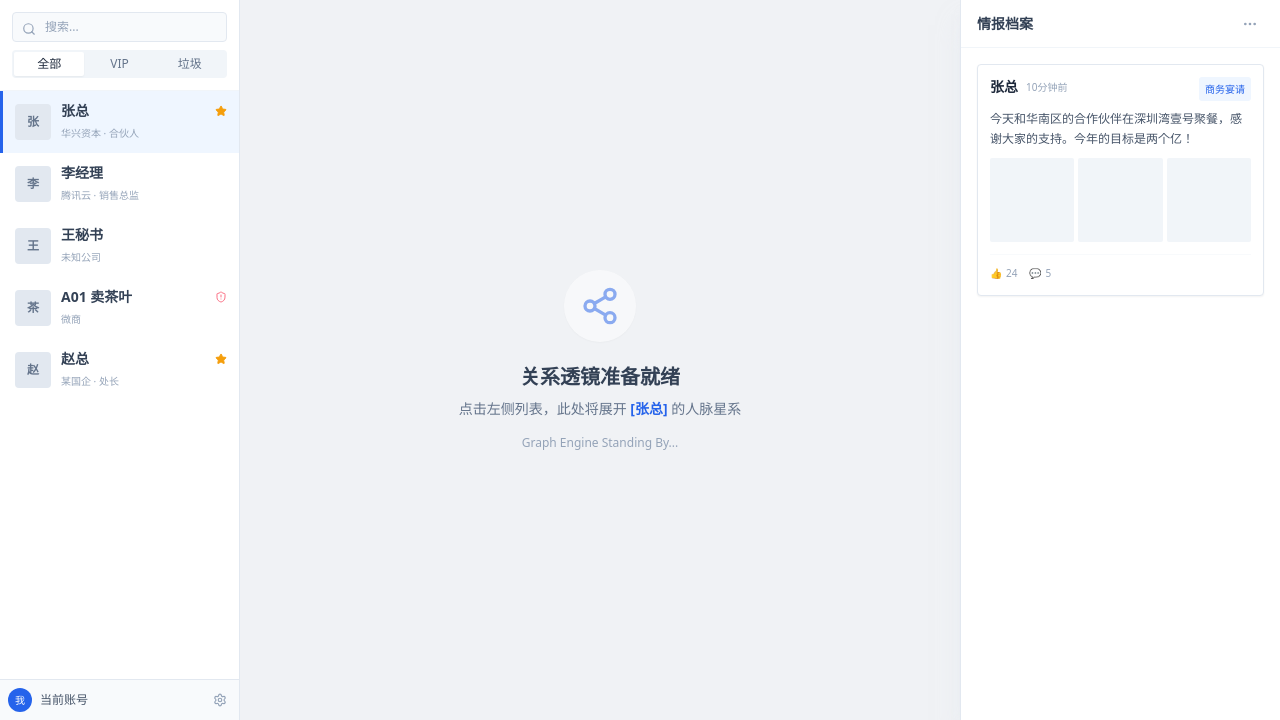
Repository: j76m8bhfny-a11y/wechatGalaxy
Page: / (app in client-radar/)
These files come from the project's save history. The page is drawn as it stood at one moment and after the next save; the edit follows.
The browser window is 1280 px wide. The pictures show the whole page.
The project was rebuilt for these pictures with package versions that can differ from the ones it lists, and the page was loaded fresh each time. Also part of the build but not shown: client-radar/vite.config.ts.

Above is the page before, as saved 2025-12-18 18:20:16.

### client-radar/src/main.ts
import { createApp } from "vue";
import App from "./App.vue";

// 👇 关键：必须引入这个 CSS 文件！
// 如果你的 CSS 文件在 src/assets/main.css，就写 import "./assets/main.css";
import "./style.css";

createApp(App).mount("#app");

### client-radar/src/App.vue
<script setup lang="ts">
import Sidebar from "./components/Sidebar.vue";
import { MoreHorizontal, Share2 } from "lucide-vue-next";
</script>

<template>
  <div class="flex h-screen w-screen overflow-hidden bg-[#F3F3F3] text-slate-800 font-sans text-sm">

    <Sidebar class="shrink-0" />

    <main class="flex-1 flex flex-col relative overflow-hidden bg-[#F0F2F5]">

      <div class="absolute inset-0 flex items-center justify-center">
        <div class="text-center p-8">
          <div class="inline-block p-4 rounded-full bg-white shadow-sm text-blue-600 mb-4 animate-pulse">
            <Share2 class="h-10 w-10" />
          </div>
          <h2 class="text-xl font-bold text-slate-700">关系透镜准备就绪</h2>
          <p class="text-slate-500 mt-2">点击左侧列表，此处将展开 <span class="font-bold text-blue-600">[张总]</span> 的人脉星系</p>
          <p class="text-xs text-slate-400 mt-4">Graph Engine Standing By...</p>
        </div>
      </div>
    </main>

    <aside class="w-[320px] bg-white border-l border-slate-200 flex flex-col shrink-0 z-10 shadow-xl shadow-slate-200/50">

      <div class="h-12 border-b border-slate-100 flex items-center justify-between px-4 bg-white shrink-0">
        <span class="font-bold text-slate-700">情报档案</span>
        <div class="flex space-x-1">
           <button class="p-1.5 hover:bg-slate-50 rounded text-slate-400">
             <MoreHorizontal class="h-4 w-4" />
           </button>
        </div>
      </div>

      <div class="flex-1 overflow-y-auto p-4 space-y-4 scrollbar-thin">

        <div class="bg-white rounded border border-slate-200 shadow-sm p-3 hover:shadow-md transition-shadow cursor-default group">
          <div class="flex justify-between items-start mb-2">
             <div class="flex items-center space-x-2">
               <span class="font-bold text-slate-800">张总</span>
               <span class="text-[10px] text-slate-400">10分钟前</span>
             </div>
             <span class="bg-blue-50 text-blue-600 px-1.5 py-0.5 rounded-[3px] text-[10px] font-medium">商务宴请</span>
          </div>

          <p class="text-xs text-slate-600 leading-relaxed mb-2.5">
            今天和华南区的合作伙伴在深圳湾壹号聚餐，感谢大家的支持。今年的目标是两个亿！
          </p>

          <div class="grid grid-cols-3 gap-1 mb-3">
             <div class="aspect-square bg-slate-100 rounded-sm"></div>
             <div class="aspect-square bg-slate-100 rounded-sm"></div>
             <div class="aspect-square bg-slate-100 rounded-sm"></div>
          </div>

          <div class="flex items-center justify-between pt-2 border-t border-slate-50">
             <div class="flex space-x-3 text-[10px] text-slate-400">
                <span class="flex items-center hover:text-blue-600 cursor-pointer transition-colors">
                  <span class="mr-1">👍</span> 24
                </span>
                <span class="flex items-center hover:text-blue-600 cursor-pointer transition-colors">
                  <span class="mr-1">💬</span> 5
                </span>
             </div>
             <button class="text-[10px] text-blue-600 opacity-0 group-hover:opacity-100 transition-opacity font-medium hover:underline">
               AI 生成评论
             </button>
          </div>
        </div>

      </div>
    </aside>

  </div>
</template>

<style>
body {
  margin: 0;
  font-family: 'Microsoft YaHei UI', 'Segoe UI', system-ui, sans-serif;
  -webkit-font-smoothing: antialiased;
}

/* 右侧栏也可以用细滚动条 */
.scrollbar-thin::-webkit-scrollbar {
  width: 4px;
}
.scrollbar-thin::-webkit-scrollbar-thumb {
  background-color: #f1f5f9;
  border-radius: 4px;
}
.scrollbar-thin:hover::-webkit-scrollbar-thumb {
  background-color: #cbd5e1;
}
</style>

### client-radar/src/components/Sidebar.vue
<script setup lang="ts">
import { ref, computed } from 'vue';
import { Search, Settings, Star, ShieldAlert } from 'lucide-vue-next';

// 模拟数据：通讯录列表
const contacts = ref([
  { id: '1', name: '张总', title: '华兴资本 · 合伙人', avatar: '张', isVip: true, isSpam: false },
  { id: '2', name: '李经理', title: '腾讯云 · 销售总监', avatar: '李', isVip: false, isSpam: false },
  { id: '3', name: '王秘书', title: '未知公司', avatar: '王', isVip: false, isSpam: false },
  { id: '4', name: 'A01 卖茶叶', title: '微商', avatar: '茶', isVip: false, isSpam: true },
  { id: '5', name: '赵总', title: '某国企 · 处长', avatar: '赵', isVip: true, isSpam: false },
]);

const currentFilter = ref('all');
const selectedId = ref('1');

const filteredContacts = computed(() => {
  if (currentFilter.value === 'vip') return contacts.value.filter(c => c.isVip);
  if (currentFilter.value === 'spam') return contacts.value.filter(c => c.isSpam);
  return contacts.value;
});
</script>

<template>
  <div class="flex flex-col h-full bg-white border-r border-slate-200 w-[240px] select-none text-sm">

    <div class="p-3 border-b border-slate-100 space-y-2">
      <div class="relative">
        <Search class="absolute left-2.5 top-2.5 h-3.5 w-3.5 text-slate-400" />
        <input
          type="text"
          placeholder="搜索..."
          class="w-full pl-8 pr-3 py-1.5 bg-slate-50 border border-slate-200 rounded text-xs focus:outline-none focus:ring-1 focus:ring-blue-500 transition-all placeholder:text-slate-400"
        />
      </div>

      <div class="flex p-0.5 bg-slate-100 rounded">
        <button
          @click="currentFilter = 'all'"
          :class="['flex-1 py-1 text-xs font-medium rounded-sm transition-all', currentFilter === 'all' ? 'bg-white text-slate-800 shadow-sm' : 'text-slate-500 hover:text-slate-700']"
        >
          全部
        </button>
        <button
          @click="currentFilter = 'vip'"
          :class="['flex-1 py-1 text-xs font-medium rounded-sm transition-all', currentFilter === 'vip' ? 'bg-white text-amber-600 shadow-sm' : 'text-slate-500 hover:text-slate-700']"
        >
          VIP
        </button>
        <button
          @click="currentFilter = 'spam'"
          :class="['flex-1 py-1 text-xs font-medium rounded-sm transition-all', currentFilter === 'spam' ? 'bg-white text-slate-800 shadow-sm' : 'text-slate-500 hover:text-slate-700']"
        >
          垃圾
        </button>
      </div>
    </div>

    <div class="flex-1 overflow-y-auto scrollbar-thin">
      <div
        v-for="contact in filteredContacts"
        :key="contact.id"
        @click="selectedId = contact.id"
        :class="['flex items-center px-3 py-2.5 cursor-pointer border-l-[3px] transition-colors',
          selectedId === contact.id ? 'bg-blue-50 border-blue-600' : 'border-transparent hover:bg-slate-50']"
      >
        <div class="h-9 w-9 rounded bg-slate-200 flex items-center justify-center text-slate-500 font-bold text-xs shrink-0">
          {{ contact.avatar }}
        </div>

        <div class="ml-2.5 overflow-hidden flex-1">
          <div class="flex items-center justify-between">
            <span class="text-sm font-bold text-slate-700 truncate">{{ contact.name }}</span>
            <Star v-if="contact.isVip" class="h-3 w-3 text-amber-500 fill-amber-500" />
            <ShieldAlert v-else-if="contact.isSpam" class="h-3 w-3 text-rose-400" />
          </div>
          <div class="text-[10px] text-slate-400 truncate mt-0.5">{{ contact.title }}</div>
        </div>
      </div>
    </div>

    <div class="p-2 border-t border-slate-200 bg-slate-50 flex items-center justify-between">
      <div class="flex items-center space-x-2">
        <div class="h-6 w-6 rounded-full bg-blue-600 flex items-center justify-center text-white text-[10px]">
          我
        </div>
        <div class="text-xs text-slate-600 font-medium">当前账号</div>
      </div>
      <button class="p-1 hover:bg-slate-200 rounded text-slate-400">
        <Settings class="h-3.5 w-3.5" />
      </button>
    </div>
  </div>
</template>

<style scoped>
.scrollbar-thin::-webkit-scrollbar {
  width: 3px;
}
.scrollbar-thin::-webkit-scrollbar-thumb {
  background-color: #cbd5e1;
  border-radius: 4px;
}
</style>

Loaded but not shown: client-radar/index.html (common file); client-radar/src/style.css (common file); client-radar/tailwind.config.js (common file)

After the next save:
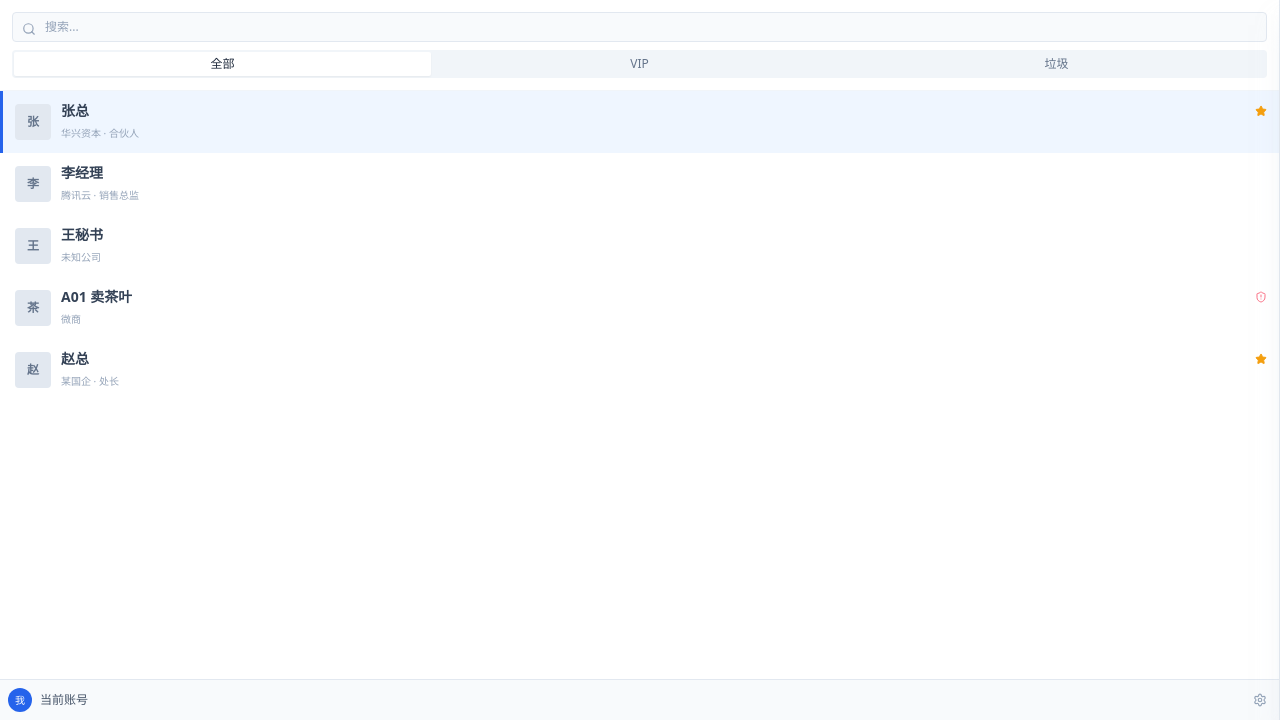
Saved 2 min 34 s later.
--- a/client-radar/src/components/Sidebar.vue
+++ b/client-radar/src/components/Sidebar.vue
@@ -22,7 +22,7 @@ const filteredContacts = computed(() => {
 </script>
 
 <template>
-  <div class="flex flex-col h-full bg-white border-r border-slate-200 w-[240px] select-none text-sm">
+  <div class="flex flex-col h-full bg-white border-r border-slate-200 w-full select-none text-sm">
 
     <div class="p-3 border-b border-slate-100 space-y-2">
       <div class="relative">
